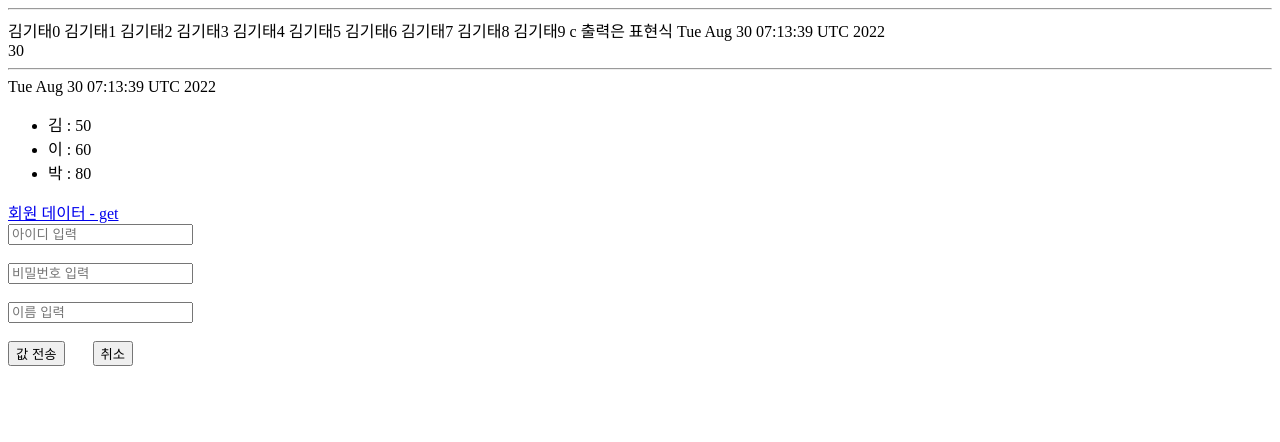
Repository: Show-And-Prove/jsp
Page: http://localhost/practice01/
An editor plug-in stored every save of this project. The page is shown before and after the next save, followed by the edit.
The browser window is 1280 px wide. The pictures show the whole page.
The page is served by Tomcat 9.

Above is the page before, as saved 2022-10-14 05:42:24.

After the next save:
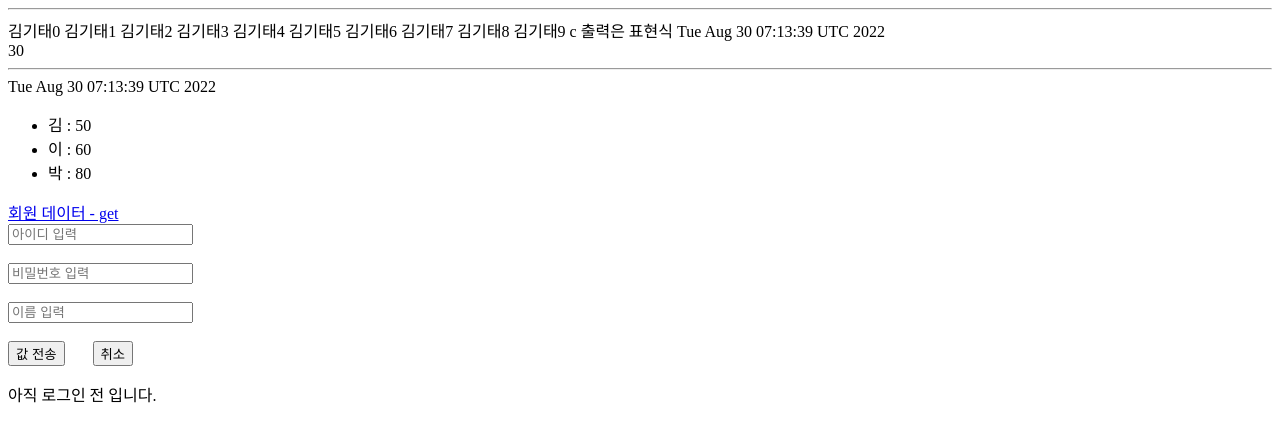
Saved 9 min 15 s later.
--- a/practice01/WebContent/index.jsp
+++ b/practice01/WebContent/index.jsp
@@ -66,6 +66,18 @@
 	}
 %>
 </div>
+<%
+	String id = (String) session.getAttribute("id");
+	if(id != null){
+%>
+	<p><%=id %>님이 로그인하셨습니다.</p>
+<%
+	} else {
+%>
+		<p>아직 로그인 전 입니다.</p>
+<%
+	}
+%>
 </div>
 </body>
 </html>
